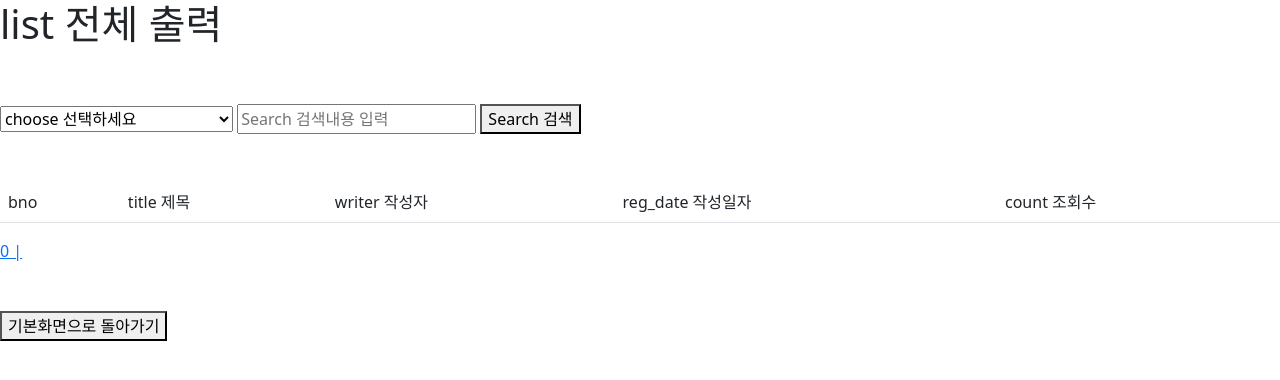
Repository: jungeunpark980906/back.jsp_study
Page: http://localhost/jsp_project2/board/list.jsp
An editor plug-in stored every save of this project. The page is shown before and after the next save, followed by the edit.
The browser window is 1280 px wide. The pictures show the whole page.
The page is served by Tomcat 9. Other server files are loaded and not shown. The template is opened directly, without the code that normally fills it, so the values that code supplies are empty.

Above is the page before, as saved 2023-05-24 02:38:33.

### jsp_project2/jsp_project2/src/main/webapp/board/list.jsp
<%@ page language="java" contentType="text/html; charset=UTF-8"
    pageEncoding="UTF-8"%>
<%@ taglib prefix="c" uri="http://java.sun.com/jsp/jstl/core" %>
<!DOCTYPE html>
<html>
<head>
<meta charset="UTF-8">
<link href="https://cdn.jsdelivr.net/npm/bootstrap@5.1.3/dist/css/bootstrap.min.css" rel="stylesheet" integrity="sha384-1BmE4kWBq78iYhFldvKuhfTAU6auU8tT94WrHftjDbrCEXSU1oBoqyl2QvZ6jIW3" crossorigin="anonymous">
<title>List 전체출력페이지</title>

	</head>
<body>
	<h1>list 전체 출력</h1>

	<br><br>

	<!-- 검색 -->
	<form action="/brd/page" method="post">
		<div>
			<select name="type">
				<option value="">choose 선택하세요</option>
				<option value="">title 제목</option>
				<option value="">content 내용</option>
				<option value="">writer 작성자</option>
				<option value="">title or contnent 제목/내용</option>
				<option value="">title or writer 제목/작성자</option>
				<option value="">content or writer 내용/작성자</option>
				<option value="">all 전체</option>
			</select>
			<input type="text" name="keyword" placeholder="Search 검색내용 입력">
			<button type="submit">Search 검색</button>
		</div>

	</form>

	 <br><br>

	<table class="table table-hover">
		<thead>
			<tr>
				<td>bno</td>
				<td>title 제목</td>
				<td>writer 작성자</td>
				<td>reg_date 작성일자</td>
				<td>count 조회수</td>
			</tr>
		</thead>

		<tbody>
			<c:forEach items="${list }" var="list">
			<tr>
				<td>${list.bno }</td>
				<td><a href="detail?bno=${list.bno}">${list.title }</a></td>
				<td>${list.writer }</td>
				<td>${list.reg_date }</td>
				<td>${list.count }</td>
			</tr>
			</c:forEach>
		</tbody>
	</table>



	<!-- 페이지네이션의 위치 -->
	<!-- 이전페이지 -->
	<c:if test="${pgh.prev }">
	<a href="/brd/page?pageNo=${pgh.startPage-1 }&qty=${pgh.pgvo.qty}">이전</a>
	</c:if>

	<!-- controller에서 page의 정보를 싣고 와야 츨력~! -->
	<!-- 1~endpage까지 숫자 반복 -->
	<c:forEach begin="${pgh.startPage }" end="${pgh.endPage }" var="i">
		<a href="/brd/page?pageNo=${i }&qty=${pgh.pgvo.qty }">${i }  |</a>
	</c:forEach>

	<!-- 다음페이지 -->
	<c:if test="${pgh.next }">
	<a href="/brd/page?pageNo=${pgh.endPage+1 }&qty=${pgh.pgvo.qty}">▶</a>
	</c:if>

	<br><br><br>
	<a href="/"><button>기본화면으로 돌아가기</button></a>

</body>
</html>

After the next save:
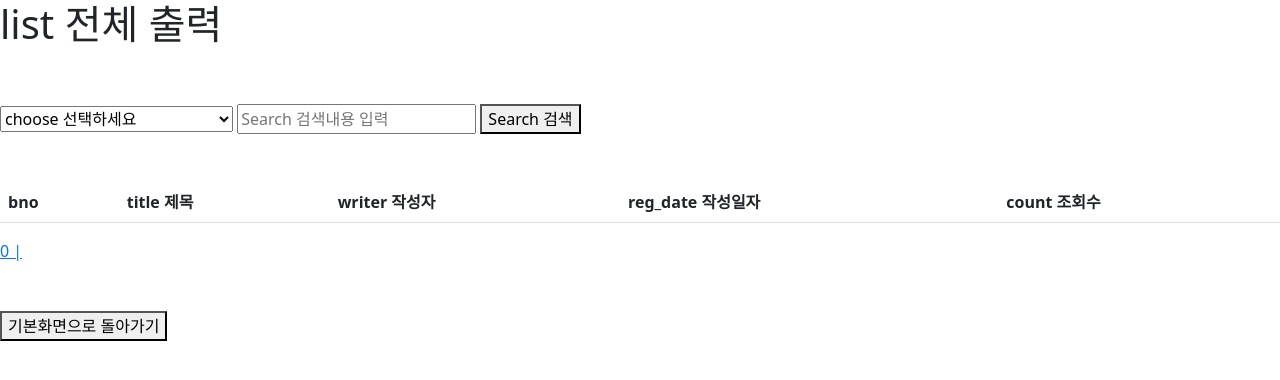
Saved 51 s later.
--- a/jsp_project2/jsp_project2/src/main/webapp/board/list.jsp
+++ b/jsp_project2/jsp_project2/src/main/webapp/board/list.jsp
@@ -38,11 +38,11 @@
 	<table class="table table-hover">
 		<thead>
 			<tr>
-				<td>bno</td>
-				<td>title 제목</td>
-				<td>writer 작성자</td>
-				<td>reg_date 작성일자</td>
-				<td>count 조회수</td>
+				<th>bno</th>
+				<th>title 제목</th>
+				<th>writer 작성자</th>
+				<th>reg_date 작성일자</th>
+				<th>count 조회수</th>
 			</tr>
 		</thead>
 
